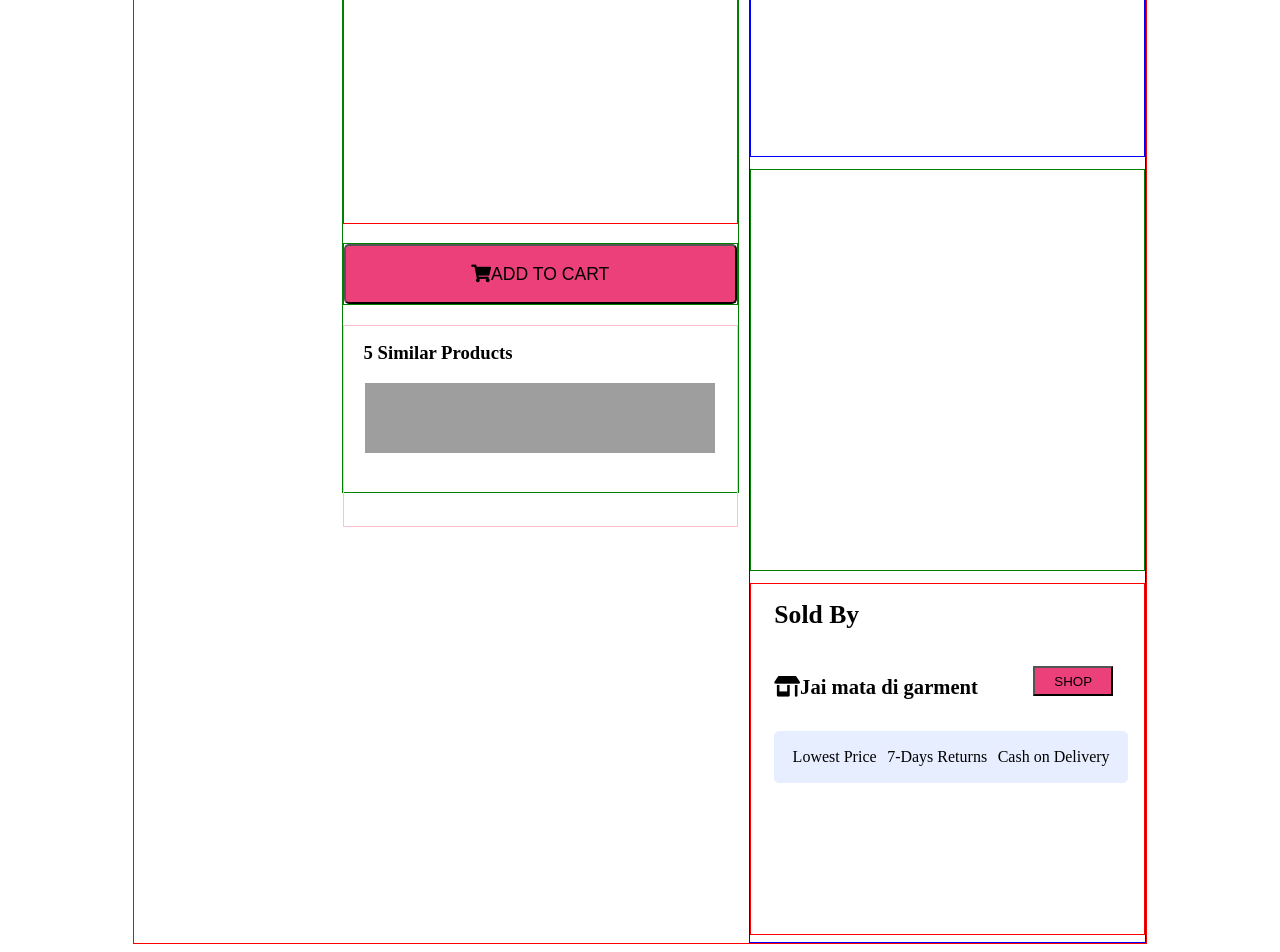
Repository: deepakxxxx/meesho
Page: catelog.html
The author's editor kept a copy of each file at every save. The page is drawn from the files as they stood at one save, then again after the next save.
The browser window is 1280 px wide. The pictures show the part of the page from y = 419 to 1371 px (the page is 1371 px tall).
Pictures or frames that could not be fetched are drawn as grey boxes. A picture or video elsewhere on the page could not be fetched, so the positions and the page height are approximate.

Above is the page before, as saved 2021-11-06 17:51:59.

After the next save:
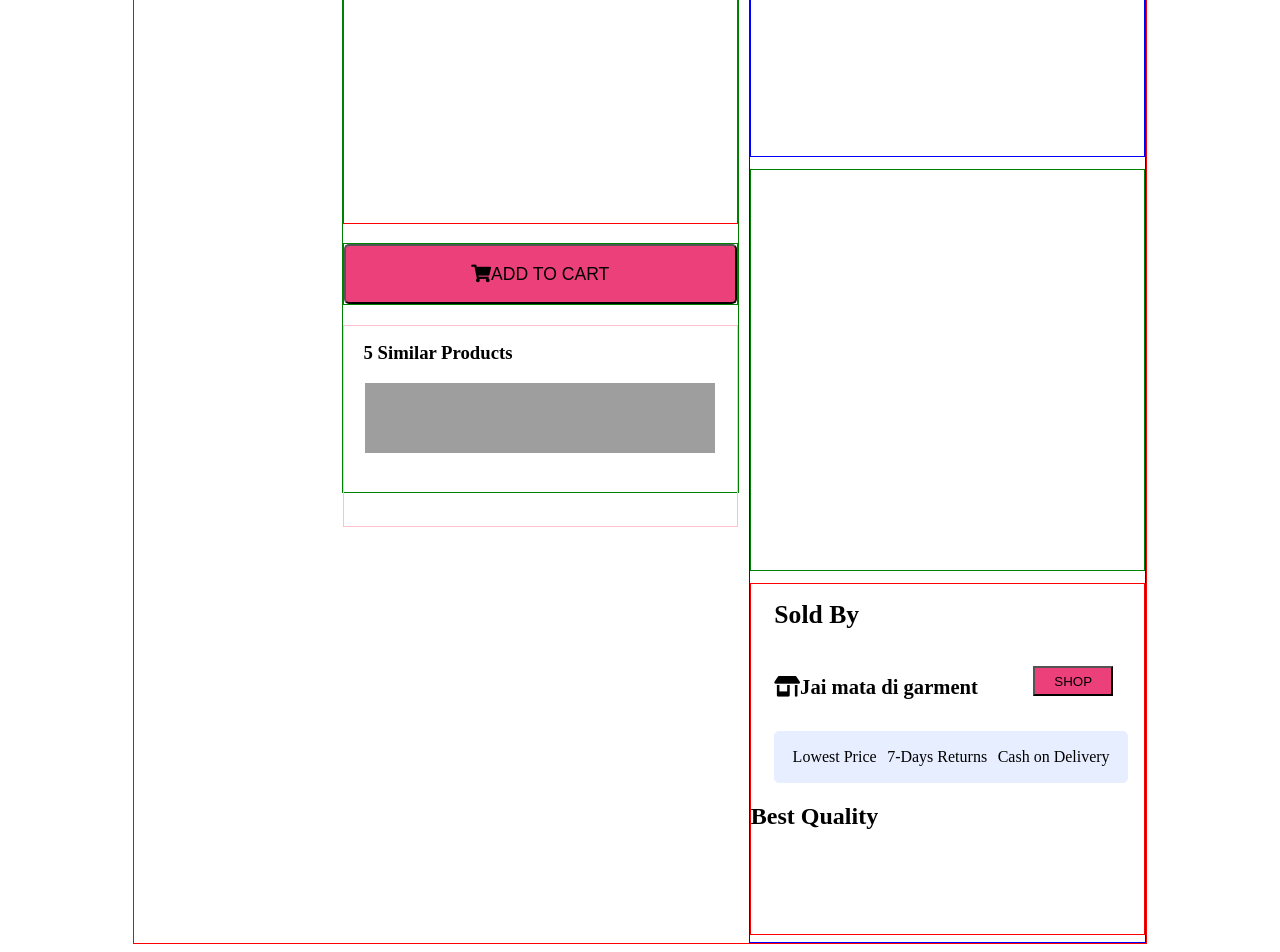
Saved 34 s later.
--- a/catelog.html
+++ b/catelog.html
@@ -334,7 +334,7 @@
                 <p>7-Days Returns</p>
                 <p>Cash on Delivery</p>
                 </div>
-
+                <h2>Best Quality </h2>
             </div>
         </div>
     </div>
